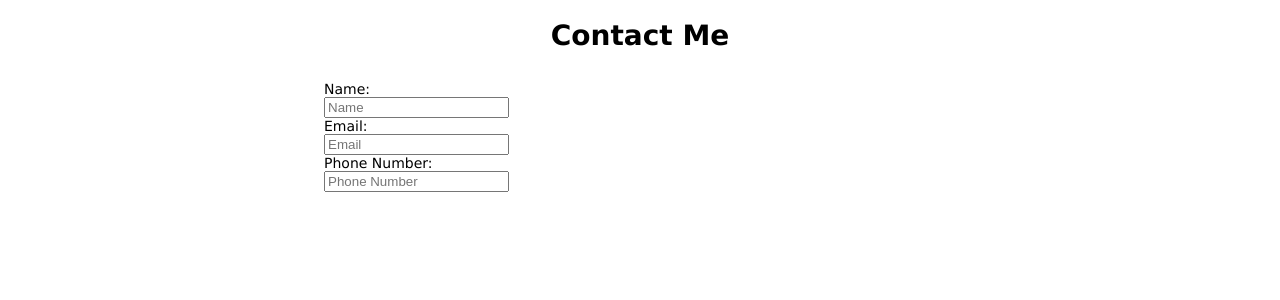
Repository: JanakanS95/COMP-229-Assignment-1
Page: http://localhost/contact
These files come from the project's save history. The page is drawn as it stood at one moment and after the next save; the edit follows.
The browser window is 1280 px wide. The pictures show the whole page.
The page is served by the project's Node server (app.js).

Above is the page before, as saved 2021-06-03 17:00:17.

After the next save:
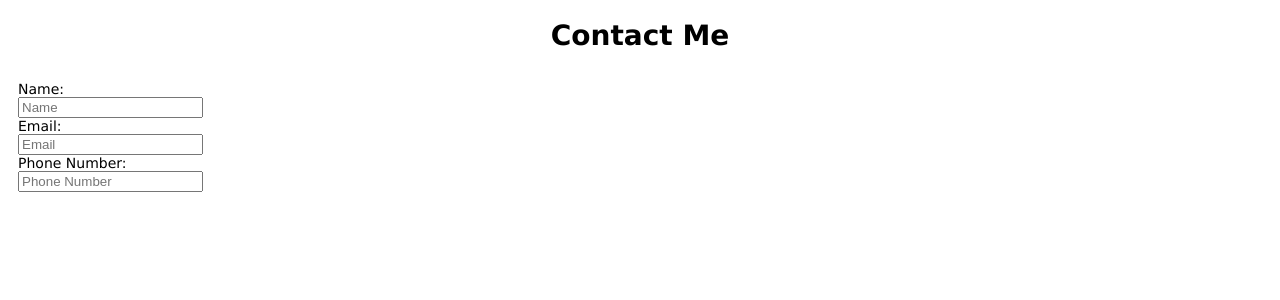
Saved 18 s later.
--- a/public/Content/contact.css
+++ b/public/Content/contact.css
@@ -1,6 +1,6 @@
 form{
     margin : auto;
-    width : 50%;
+    width : auto;
     padding : 10px;
 }
 

After the save that followed:
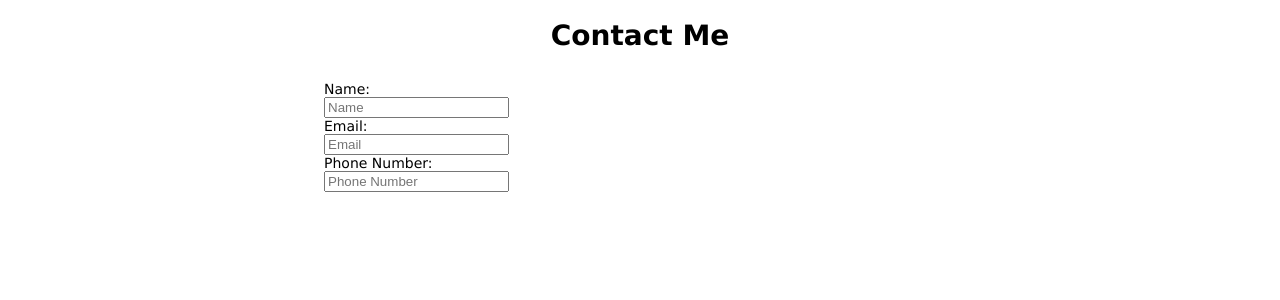
Saved 17 s later.
--- a/public/Content/contact.css
+++ b/public/Content/contact.css
@@ -1,6 +1,7 @@
 form{
     margin : auto;
-    width : auto;
+    width : 50%;
+    height: 50%;
     padding : 10px;
 }
 
